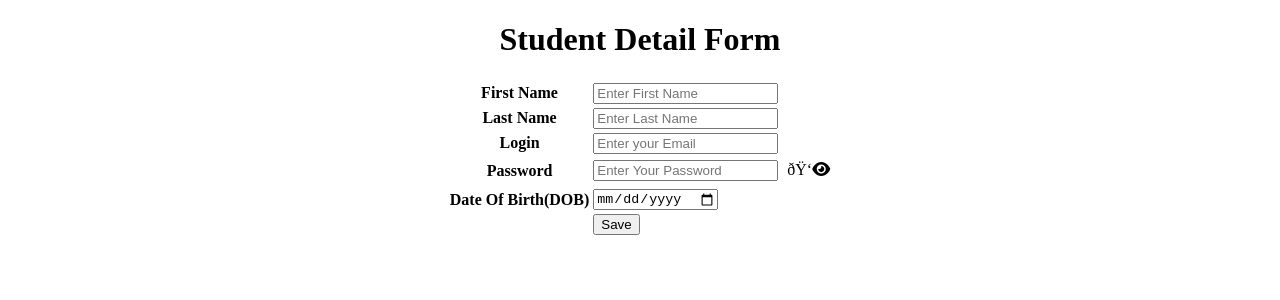
Repository: Abhi070717/Advance-Java
Page: http://localhost/jsp-servlet/UserForm.jsp
An editor plug-in stored every save of this project. The page is shown before and after the next save, followed by the edit.
The browser window is 1280 px wide. The pictures show the whole page.
The page is served by Tomcat 9. Other server files are loaded and not shown.

Above is the page before, as saved 2026-01-21 10:30:38.

### Jsp-servlet/jsp-servlet/WebContent/UserForm.jsp
<%@ page language="java" contentType="text/html; charset=ISO-8859-1"
	pageEncoding="ISO-8859-1"%>
<!DOCTYPE html>
<html>
<head>
<meta charset="ISO-8859-1">
<title>Student Form</title>
<style>
.eye {
	cursor: pointer;
	margin-left: 5px;
}
</style>
<link rel="stylesheet"
	href="https://cdnjs.cloudflare.com/ajax/libs/font-awesome/6.5.0/css/all.min.css">
<script>
	function togglePassword() {
		var pwd = document.getElementById("password");
		if (pwd.type === "password") {
			pwd.type = "text";
		} else {
			pwd.type = "password";
		}
	}
</script>
</head>
<body>

	<div align="center">

		<form>
			<h1>Student Detail Form</h1>
			<table>
				<tr>
					<th>First Name</th>
					<td><input type="text" name="firstName" value=""
						placeholder="Enter First Name"></td>
				</tr>
				<tr>
					<th>Last Name</th>
					<td><input type="text" name="lastName" value=""
						placeholder="Enter Last Name"></td>
				</tr>
				<tr>
					<th>Login</th>
					<td><input type="email" name="login" value=""
						placeholder="Enter your Email"></td>
				</tr>
				<tr>
					<th>Password</th>
					<td><input type="password" id="password" name="password"
						placeholder="Enter Your Password"> <span class="eye"
						onclick="togglePassword()">👁<i class="fa fa-eye"></i></span></td>
				</tr>

				<tr>
					<th>Date Of Birth(DOB)</th>
					<td><input type="date" name="DOB" value=""></td>
				</tr>
				<tr>
					<th></th>
					<td><input type="Submit" name="operation" value="Save"></td>
				</tr>
			</table>

		</form>

	</div>

</body>
</html>

After the next save:
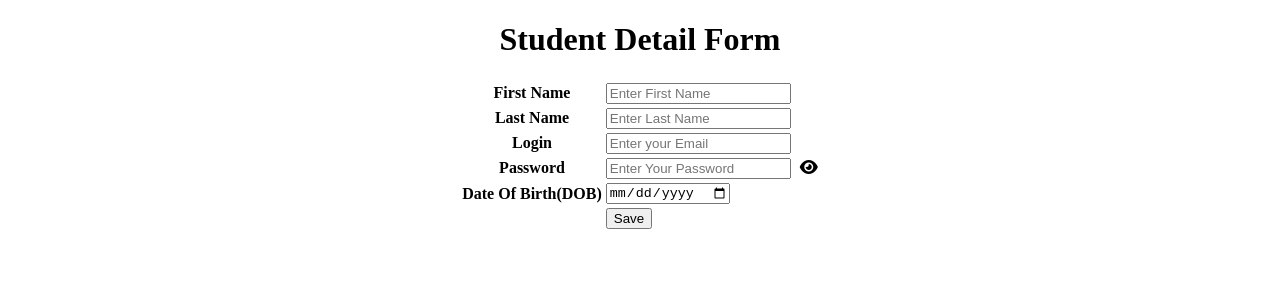
Saved 9 s later.
--- a/Jsp-servlet/jsp-servlet/WebContent/UserForm.jsp
+++ b/Jsp-servlet/jsp-servlet/WebContent/UserForm.jsp
@@ -50,7 +50,7 @@
 					<th>Password</th>
 					<td><input type="password" id="password" name="password"
 						placeholder="Enter Your Password"> <span class="eye"
-						onclick="togglePassword()">👁<i class="fa fa-eye"></i></span></td>
+						onclick="togglePassword()"><i class="fa fa-eye"></i></span></td>
 				</tr>
 
 				<tr>
